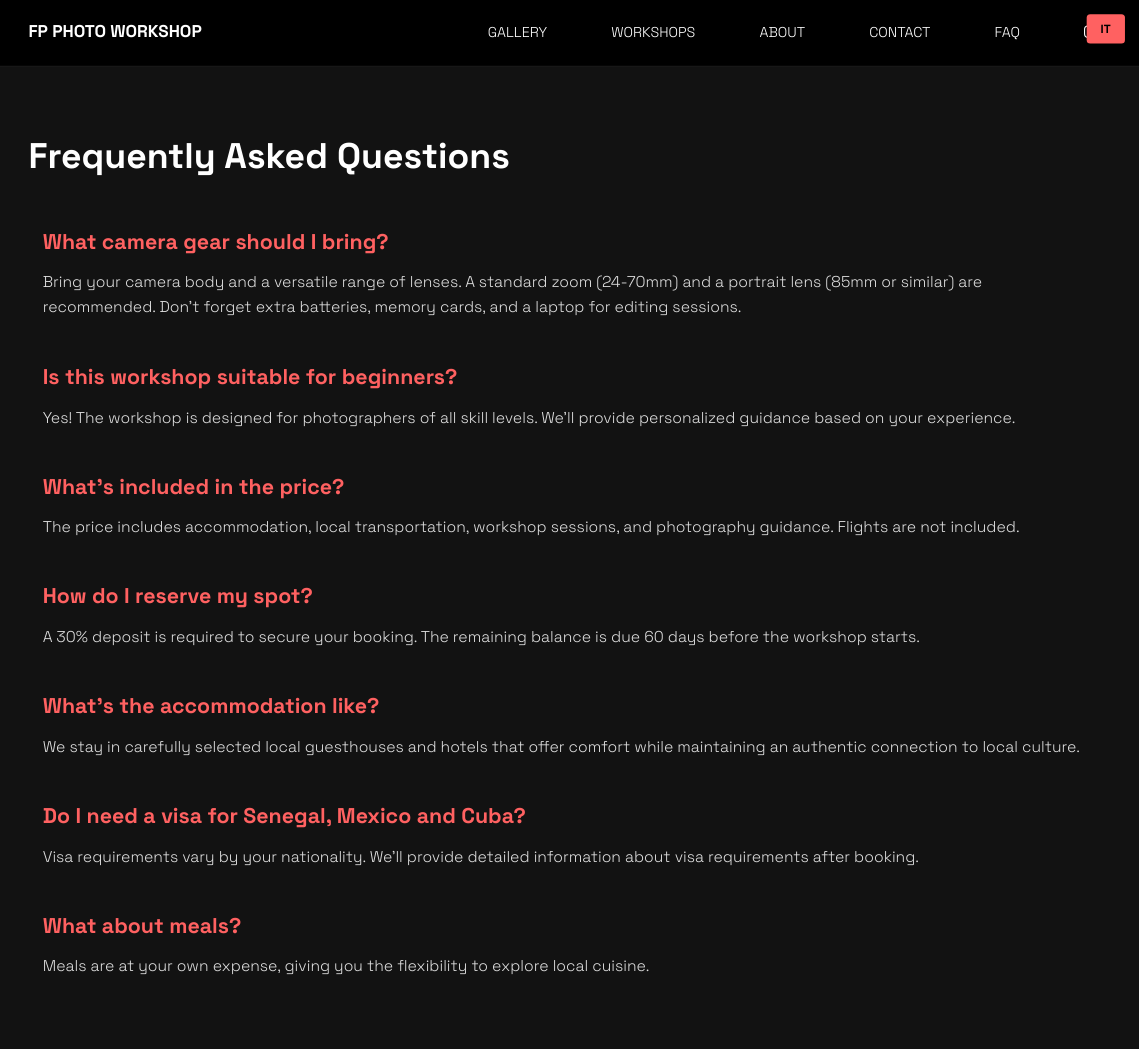
Repository: philipkdpavkia/photo-auto
Page: faq.html
An editor plug-in stored every save of this project. The page is shown before and after the next save, followed by the edit.
The browser window is 1280 px wide. The pictures show the whole page, at 89% of full size.

Above is the page before, as saved 2024-11-22 00:43:42.
Not found: cursor.js

### faq.html
<!DOCTYPE html>
<html lang="en">
<head>
    <meta charset="utf-8"/>
    <meta content="width=device-width, initial-scale=1.0" name="viewport"/>
    <title>FAQ | Photography Workshops</title>
    <meta content="Frequently Asked Questions about our photography workshops." name="description"/>
    <link href="https://cdnjs.cloudflare.com/ajax/libs/font-awesome/6.0.0/css/all.min.css" media="all" rel="stylesheet"/>
    <link href="/css/style.css" media="screen" rel="stylesheet"/>
    <link as="font" crossorigin="" href="/fonts/SpaceGrotesk-Bold.woff2" rel="preload"/>
    <link as="font" crossorigin="" href="/fonts/SpaceGrotesk-Light.woff2" rel="preload"/>
</head>
<body>
    <header class="header">
        <nav class="nav">
            <a class="logo" href="#">FP PHOTO WORKSHOP</a>
            <button aria-label="Menu" class="hamburger">
                <span></span>
                <span></span>
                <span></span>
            </button>
            <button class="lang-switch" id="langSwitch" onclick="switchLanguage()">IT</button>
            <div class="nav-links">
                <a href="#gallery">Gallery</a>
                <a href="/workshop/index.html">Workshops</a>
                <a href="#about">About</a>
                <a href="#contact">Contact</a>
                <a href="/faq.html">FAQ</a>
                <a class="instagram-link" href="https://instagram.com/fpphotoworkshop" rel="noopener" target="_blank">
                    <i class="fab fa-instagram"></i>
                </a>
            </div>
        </nav>
    </header>

    <main>
        <section class="faq-section">
            <div class="container">
                <h2 class="section-title">Frequently Asked Questions</h2>
                <div class="faq-item">
                    <div class="title">What camera gear should I bring?</div>
                    <div class="content">Bring your camera body and a versatile range of lenses. A standard zoom (24-70mm) and a portrait lens (85mm or similar) are recommended. Don't forget extra batteries, memory cards, and a laptop for editing sessions.</div>
                </div>
                <div class="faq-item">
                    <div class="title">Is this workshop suitable for beginners?</div>
                    <div class="content">Yes! The workshop is designed for photographers of all skill levels. We'll provide personalized guidance based on your experience.</div>
                </div>
                <div class="faq-item">
                    <div class="title">What's included in the price?</div>
                    <div class="content">The price includes accommodation, local transportation, workshop sessions, and photography guidance. Flights are not included.</div>
                </div>
                <div class="faq-item">
                    <div class="title">How do I reserve my spot?</div>
                    <div class="content">A 30% deposit is required to secure your booking. The remaining balance is due 60 days before the workshop starts.</div>
                </div>
                <div class="faq-item">
                    <div class="title">What's the accommodation like?</div>
                    <div class="content">We stay in carefully selected local guesthouses and hotels that offer comfort while maintaining an authentic connection to local culture.</div>
                </div>
                <div class="faq-item">
                    <div class="title">Do I need a visa for Senegal, Mexico and Cuba?</div>
                    <div class="content">Visa requirements vary by your nationality. We'll provide detailed information about visa requirements after booking.</div>
                </div>
                <div class="faq-item">
                    <div class="title">What about meals?</div>
                    <div class="content">Meals are at your own expense, giving you the flexibility to explore local cuisine.</div>
                </div>
            </div>
        </section>
    </main>

    <script src="cursor.js"></script>
    <script src="/language.js"></script>
    <script defer src="/script.js"></script>
</body>
</html>

Loaded but not shown: translations.json (274 lines, source omitted); language.js (165 lines, source omitted); script.js (20 lines, source omitted); css/style.css (920 lines, source omitted)

After the next save:
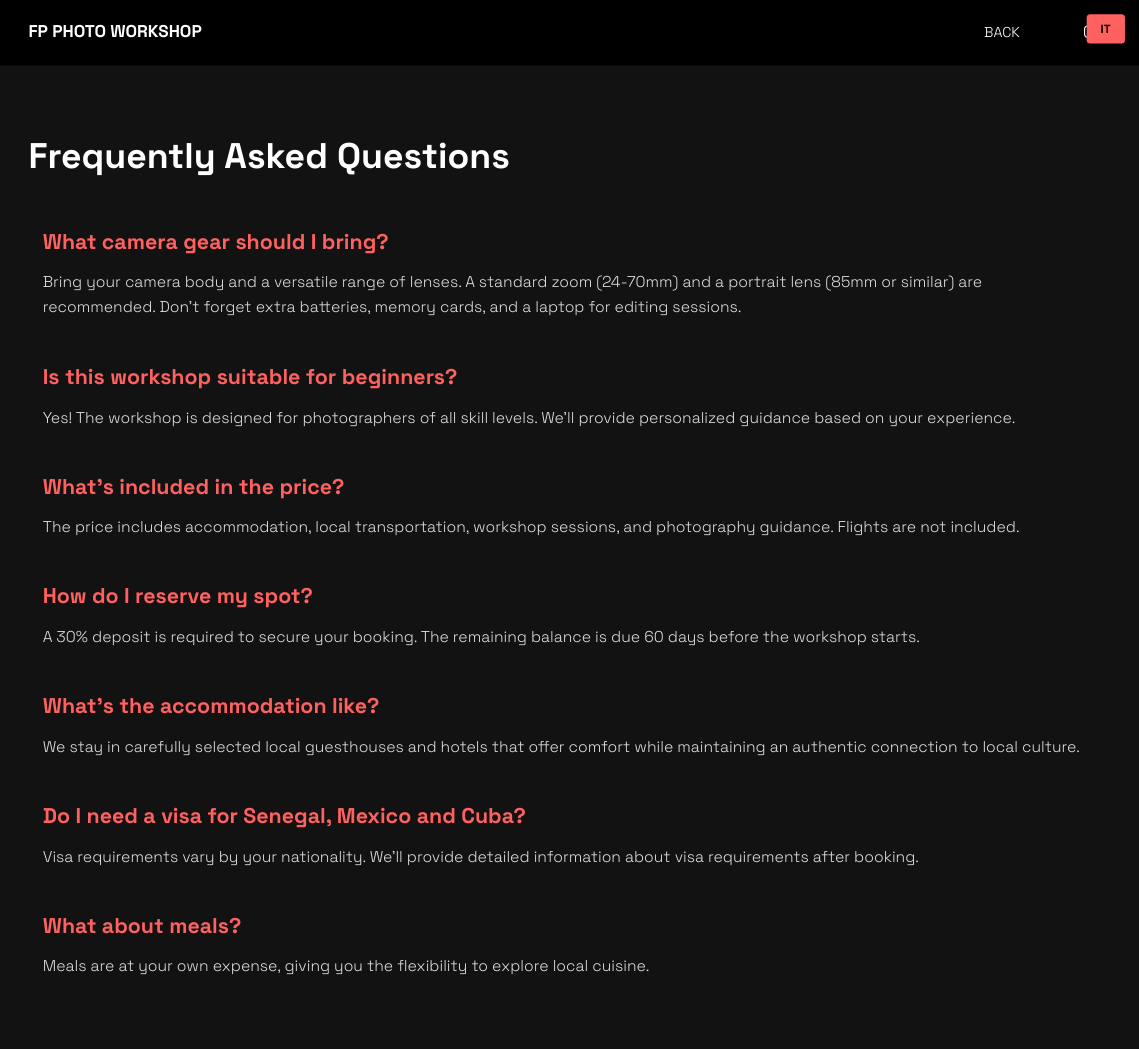
Console error: TypeError: Cannot read properties of null (reading 'addEventListener')
Saved 2 min 11 s later.
--- a/faq.html
+++ b/faq.html
@@ -13,64 +13,62 @@
 <body>
     <header class="header">
         <nav class="nav">
-            <a class="logo" href="#">FP PHOTO WORKSHOP</a>
-            <button aria-label="Menu" class="hamburger">
-                <span></span>
-                <span></span>
-                <span></span>
-            </button>
-            <button class="lang-switch" id="langSwitch" onclick="switchLanguage()">IT</button>
+            <a class="logo" href="/workshop/index.html">FP PHOTO WORKSHOP</a>
+            <button id="langSwitch" class="lang-switch" onclick="switchLanguage()">IT</button>
             <div class="nav-links">
-                <a href="#gallery">Gallery</a>
-                <a href="/workshop/index.html">Workshops</a>
-                <a href="#about">About</a>
-                <a href="#contact">Contact</a>
-                <a href="/faq.html">FAQ</a>
-                <a class="instagram-link" href="https://instagram.com/fpphotoworkshop" rel="noopener" target="_blank">
+                <a href="../index.html" data-translate="menu.back">Back</a>
+                <a href="https://instagram.com/fpphotoworkshop" target="_blank" class="instagram-link">
                     <i class="fab fa-instagram"></i>
                 </a>
             </div>
         </nav>
     </header>
 
-    <main>
+    <main class="main">
         <section class="faq-section">
             <div class="container">
-                <h2 class="section-title">Frequently Asked Questions</h2>
-                <div class="faq-item">
-                    <div class="title">What camera gear should I bring?</div>
-                    <div class="content">Bring your camera body and a versatile range of lenses. A standard zoom (24-70mm) and a portrait lens (85mm or similar) are recommended. Don't forget extra batteries, memory cards, and a laptop for editing sessions.</div>
-                </div>
-                <div class="faq-item">
-                    <div class="title">Is this workshop suitable for beginners?</div>
-                    <div class="content">Yes! The workshop is designed for photographers of all skill levels. We'll provide personalized guidance based on your experience.</div>
-                </div>
-                <div class="faq-item">
-                    <div class="title">What's included in the price?</div>
-                    <div class="content">The price includes accommodation, local transportation, workshop sessions, and photography guidance. Flights are not included.</div>
-                </div>
-                <div class="faq-item">
-                    <div class="title">How do I reserve my spot?</div>
-                    <div class="content">A 30% deposit is required to secure your booking. The remaining balance is due 60 days before the workshop starts.</div>
-                </div>
-                <div class="faq-item">
-                    <div class="title">What's the accommodation like?</div>
-                    <div class="content">We stay in carefully selected local guesthouses and hotels that offer comfort while maintaining an authentic connection to local culture.</div>
-                </div>
-                <div class="faq-item">
-                    <div class="title">Do I need a visa for Senegal, Mexico and Cuba?</div>
-                    <div class="content">Visa requirements vary by your nationality. We'll provide detailed information about visa requirements after booking.</div>
-                </div>
-                <div class="faq-item">
-                    <div class="title">What about meals?</div>
-                    <div class="content">Meals are at your own expense, giving you the flexibility to explore local cuisine.</div>
+                <h1 class="section-title" data-translate="faq.title">Frequently Asked Questions</h1>
+
+                <div class="faq-grid">
+                    <div class="faq-item">
+                        <h2 class="title" data-translate="faq.gear.question">What camera gear should I bring?</h2>
+                        <p class="content" data-translate="faq.gear.answer">Bring your camera body and a versatile range of lenses. A standard zoom (24-70mm) and a portrait lens (85mm or similar) are recommended. Don't forget extra batteries, memory cards, and a laptop for editing sessions.</p>
+                    </div>
+
+                    <div class="faq-item">
+                        <h2 class="title" data-translate="faq.beginners.question">Is this workshop suitable for beginners?</h2>
+                        <p class="content" data-translate="faq.beginners.answer">Yes! The workshop is designed for photographers of all skill levels. We'll provide personalized guidance based on your experience.</p>
+                    </div>
+
+                    <div class="faq-item">
+                        <h2 class="title" data-translate="faq.price.question">What's included in the price?</h2>
+                        <p class="content" data-translate="faq.price.answer">The price includes accommodation, local transportation, workshop sessions, and photography guidance. Flights are not included.</p>
+                    </div>
+
+                    <div class="faq-item">
+                        <h2 class="title" data-translate="faq.booking.question">How do I reserve my spot?</h2>
+                        <p class="content" data-translate="faq.booking.answer">A 30% deposit is required to secure your booking. The remaining balance is due 60 days before the workshop starts.</p>
+                    </div>
+
+                    <div class="faq-item">
+                        <h2 class="title" data-translate="faq.accommodation.question">What's the accommodation like?</h2>
+                        <p class="content" data-translate="faq.accommodation.answer">We stay in carefully selected local guesthouses and hotels that offer comfort while maintaining an authentic connection to local culture.</p>
+                    </div>
+
+                    <div class="faq-item">
+                        <h2 class="title" data-translate="faq.visa.question">Do I need a visa for Senegal, Mexico and Cuba?</h2>
+                        <p class="content" data-translate="faq.visa.answer">Visa requirements vary by your nationality. We'll provide detailed information about visa requirements after booking.</p>
+                    </div>
+
+                    <div class="faq-item">
+                        <h2 class="title" data-translate="faq.meals.question">What about meals?</h2>
+                        <p class="content" data-translate="faq.meals.answer">Meals are at your own expense, giving you the flexibility to explore local cuisine.</p>
+                    </div>
                 </div>
             </div>
         </section>
     </main>
 
-    <script src="cursor.js"></script>
-    <script src="/language.js"></script>
-    <script defer src="/script.js"></script>
+    <script src="/script.js"></script>
 </body>
 </html>
